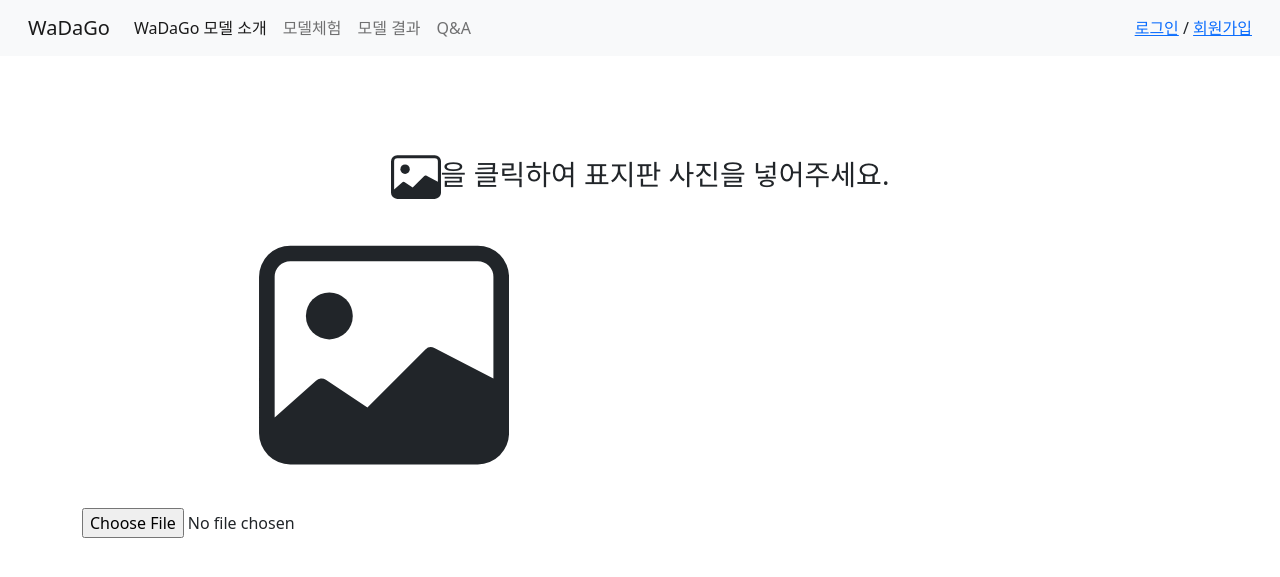
Repository: suchulchoi/Wadago_Project
Page: http://localhost/model/try
These files come from the project's save history. The page is drawn as it stood at one moment and after the next save; the edit follows.
The browser window is 1280 px wide. The pictures show the whole page.
The page is this project's Thymeleaf template; nobody is signed in. The template is opened directly, without the code that normally fills it, so the values that code supplies are empty.

Above is the page before, as saved 2022-07-27 14:08:19.

After the next save:
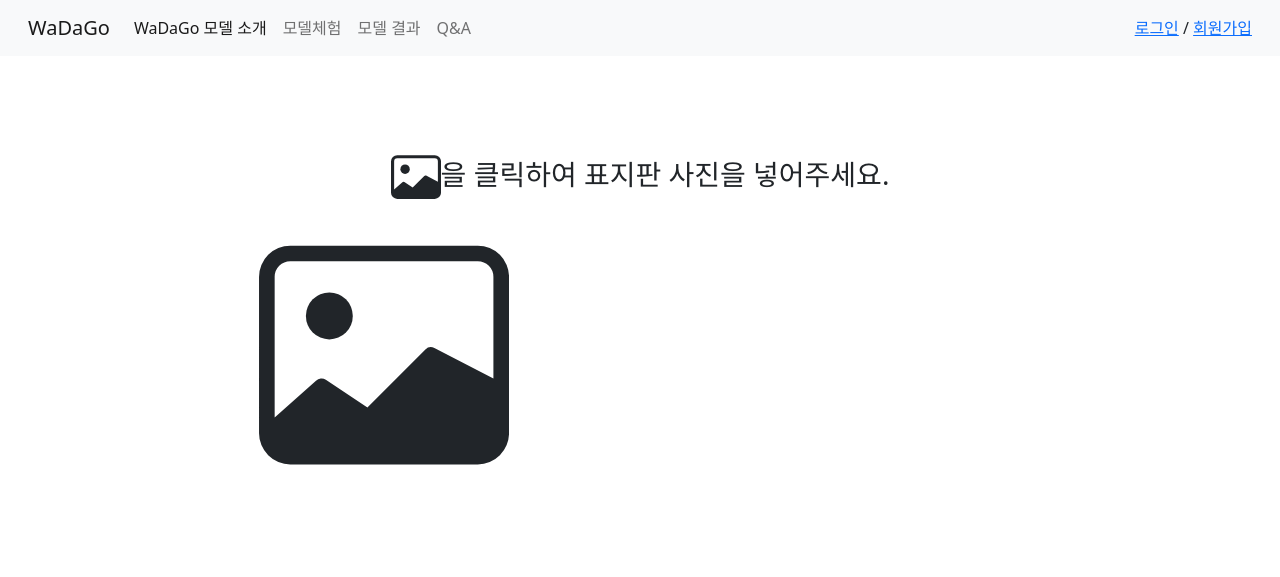
Saved 3 min 31 s later.
--- a/wadago_project/src/main/resources/templates/model/try.html
+++ b/wadago_project/src/main/resources/templates/model/try.html
@@ -64,7 +64,6 @@
 				</div>
 				<div id="image_container" class="imgMenu"></div>
 			</div>
-	  		<input name="uploadfile2" type="file" >
 			<br><br>
 			<center><button id="postBtn" class="resultBtn" type="submit" style="visibility:hidden;">
 				<svg xmlns="http://www.w3.org/2000/svg" width="16" height="16" fill="currentColor" class="bi bi-caret-right-fill" viewBox="0 0 16 16">
